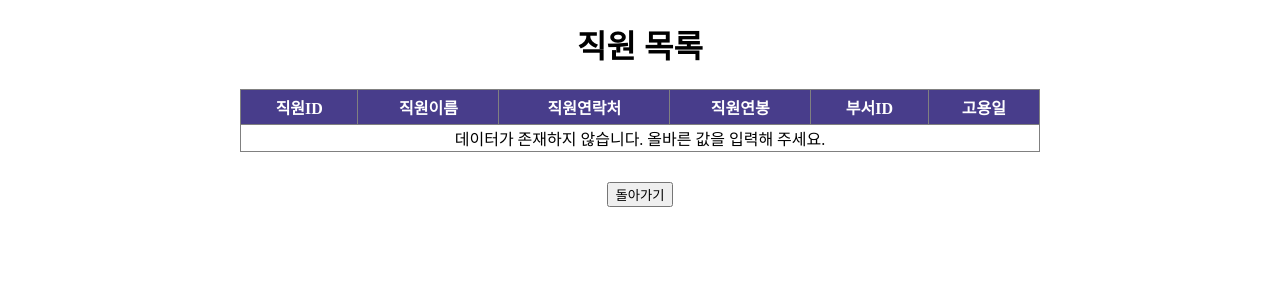
Repository: jongmin0919/soldesk_project
Page: http://localhost/chapter16_search/searchOne.jsp
The author's editor kept a copy of each file at every save. The page is drawn from the files as they stood at one save, then again after the next save.
The browser window is 1280 px wide. The pictures show the whole page.
The page is served by Tomcat 9. The template is opened directly, without the code that normally fills it, so the values that code supplies are empty.

Above is the page before, as saved 2024-08-15 10:57:08.

After the next save:
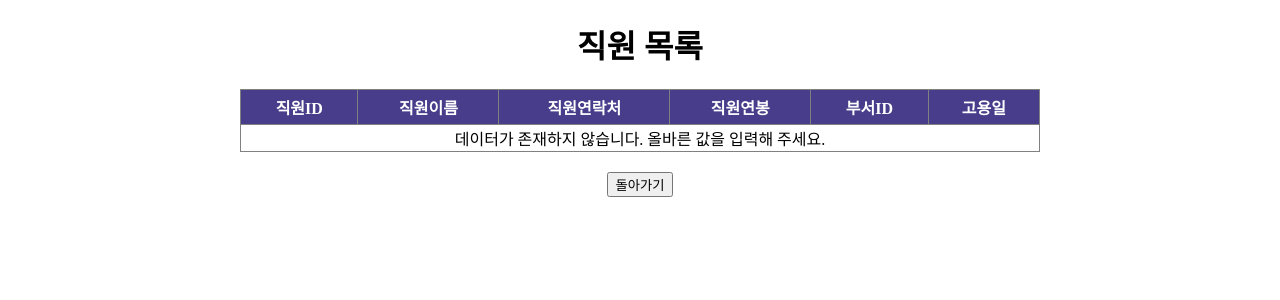
Saved 5 s later.
--- a/searching_project/chapter16_search/WebContent/searchOne.jsp
+++ b/searching_project/chapter16_search/WebContent/searchOne.jsp
@@ -67,7 +67,7 @@
                 </c:choose>
             </tbody>
         </table>
-        <button style = "margin-top : 30px;" >돌아가기</button>
+        <button style = "margin-top : 20px;" >돌아가기</button>
     </div>
 </body>
 </html>
